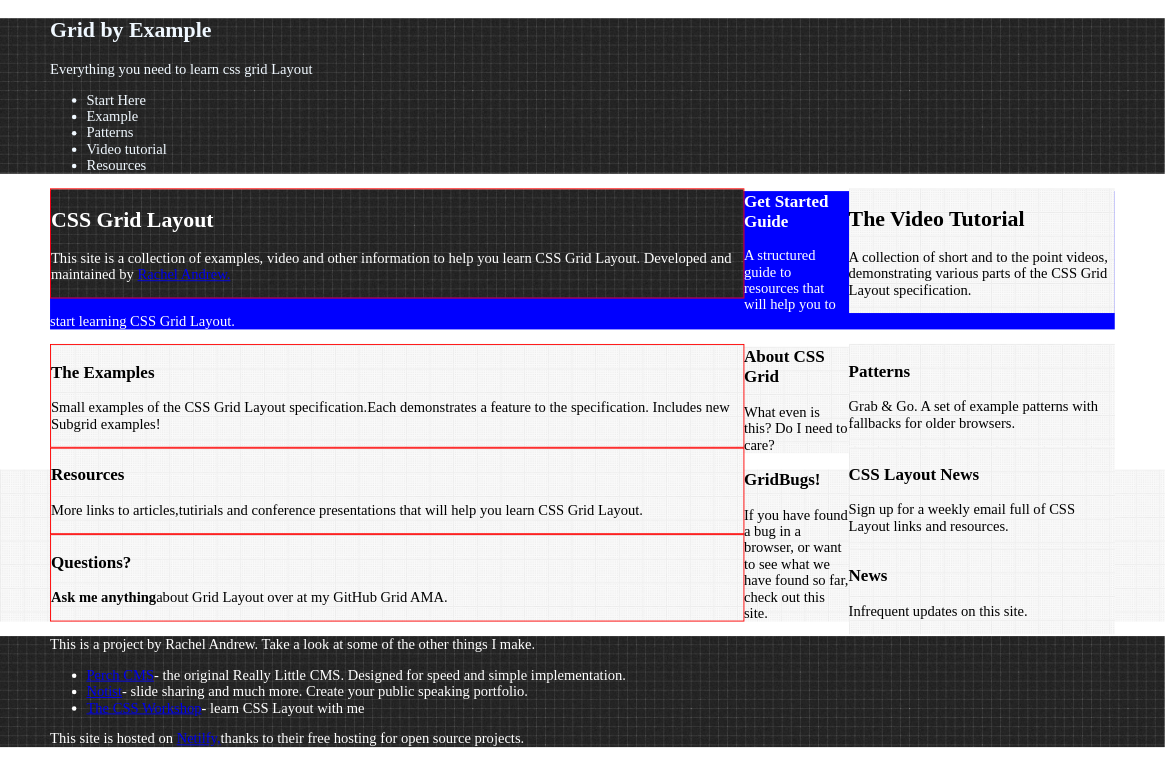
Repository: sitikhusushan/grid
Page: index.html
The author's editor kept a copy of each file at every save. The page is drawn from the files as they stood at one save, then again after the next save.
The browser window is 1280 px wide. The pictures show the whole page, at 91% of full size.

Above is the page before, as saved 2020-05-12 20:18:24.

After the next save:
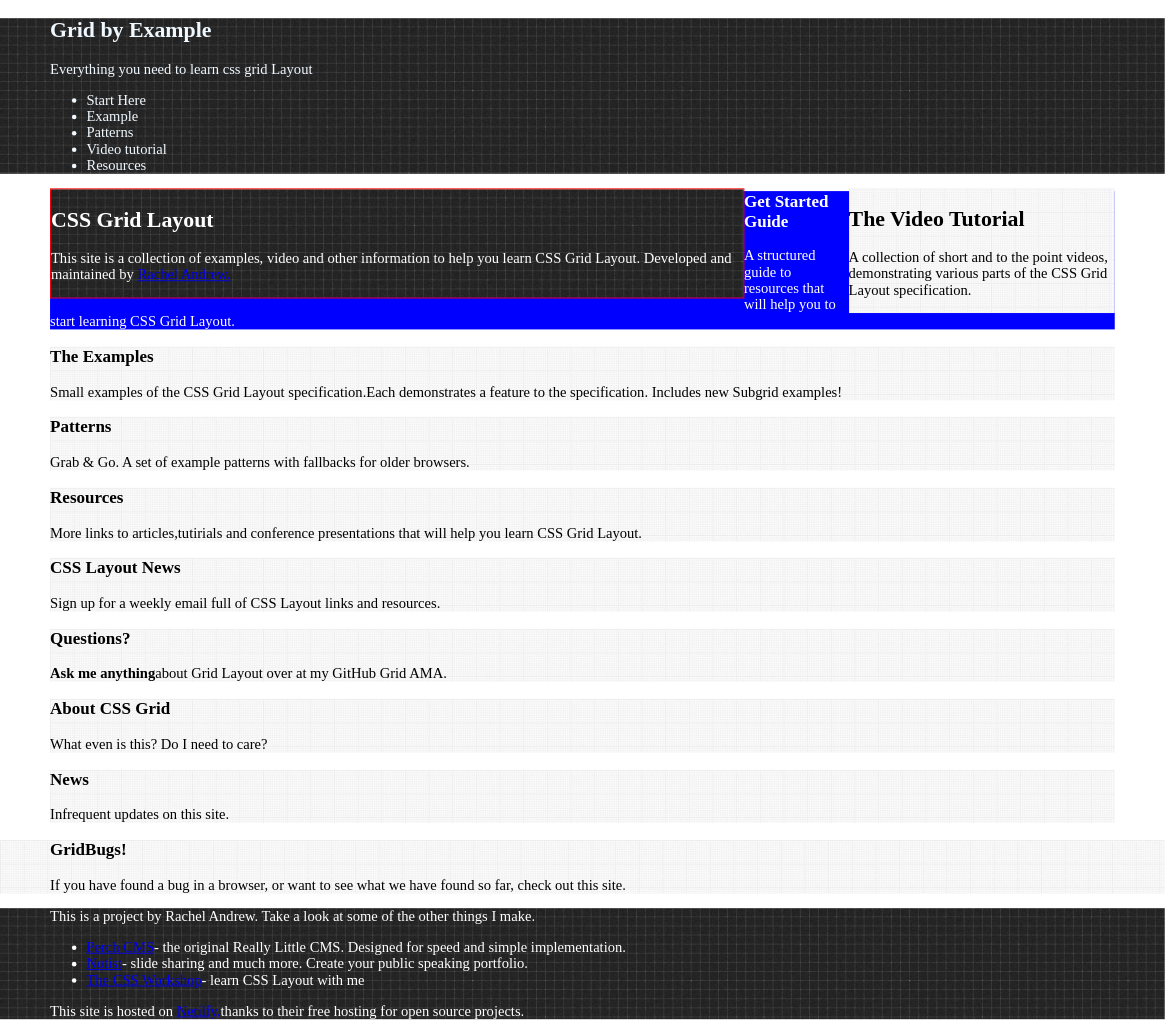
Saved 29 s later.
--- a/style.css
+++ b/style.css
@@ -48,14 +48,14 @@ footer {
   color: #ffffff;
 }
 
-.left {
+.layout .left {
   width: 65%;
   float: left;
   border: solid 1px;
   border-color: red;
 }
 
-.right {
+.layout .right {
   float: right;
   width: 25%;
 }
